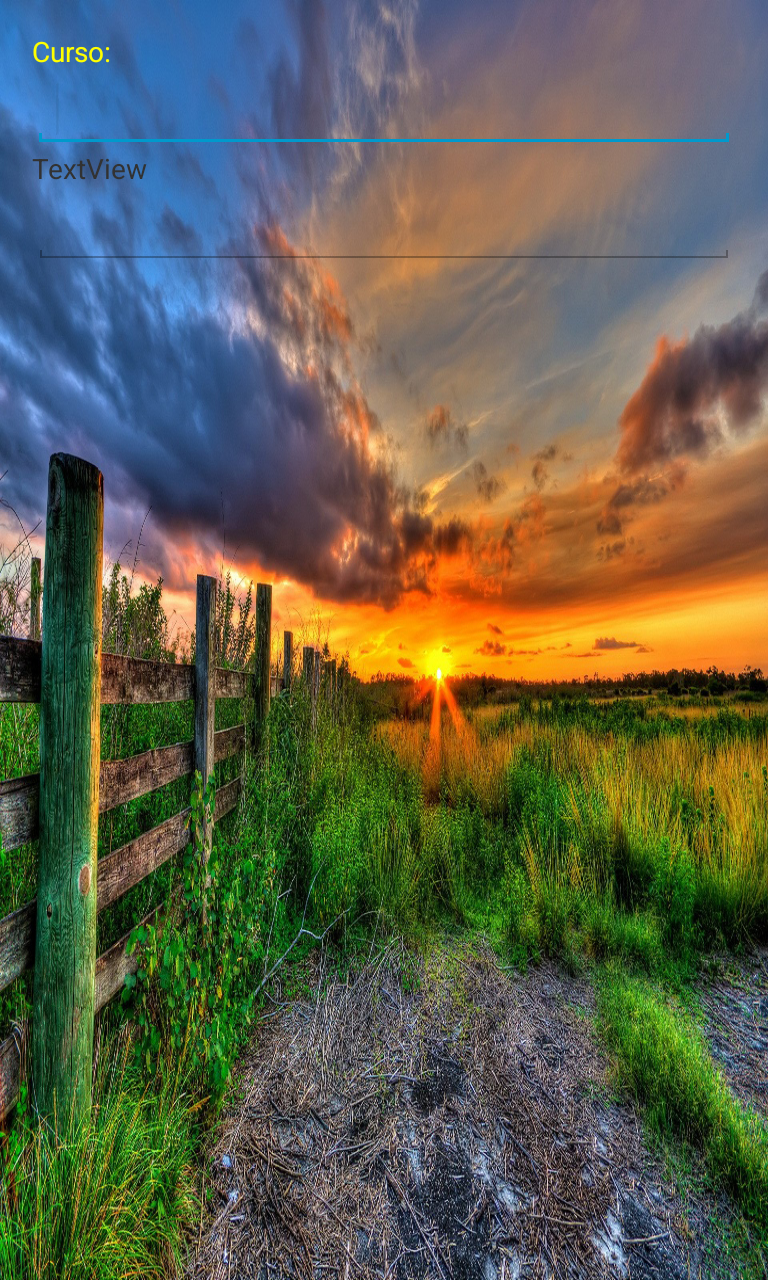
Repository: sherildyasmin06/-reas-Geom-tricas
Layout: Operaciones/res/layout/activity_promedio.xml
The author's editor kept a copy of each file at every save. The layout is drawn from the files as they stood at one save, then again after the next save.
It is drawn on a 768 x 1280 px phone screen (xhdpi) without system bars, with theme AppTheme; the app's code is not run.

Above is the layout before, as saved 2017-10-18 03:10:02.

### Operaciones/res/layout/activity_promedio.xml
<RelativeLayout xmlns:android="http://schemas.android.com/apk/res/android"
    xmlns:tools="http://schemas.android.com/tools"
    android:layout_width="match_parent"
    android:layout_height="match_parent"
    android:background="@drawable/fondo04"
    android:paddingBottom="@dimen/activity_vertical_margin"
    android:paddingLeft="@dimen/activity_horizontal_margin"
    android:paddingRight="@dimen/activity_horizontal_margin"
    android:paddingTop="@dimen/activity_vertical_margin"
    tools:context=".Promedio" >

    <LinearLayout
        android:layout_width="match_parent"
        android:layout_height="match_parent"
        android:layout_alignParentTop="true"
        android:orientation="vertical" >

        <TextView
            android:id="@+id/textView1"
            android:layout_width="wrap_content"
            android:layout_height="wrap_content"
            android:text="Curso:"
            android:textColor="@color/coloresetiquetas01" />

        <EditText
            android:id="@+id/editText1"
            android:layout_width="match_parent"
            android:layout_height="wrap_content"
            android:ems="10"
            android:textColor="@color/colorcuadros01" >

            <requestFocus />
        </EditText>

        <TextView
            android:id="@+id/textView2"
            android:layout_width="wrap_content"
            android:layout_height="wrap_content"
            android:text="TextView" />

        <EditText
            android:id="@+id/editText2"
            android:layout_width="match_parent"
            android:layout_height="wrap_content"
            android:ems="10"
            android:inputType="number" />
    </LinearLayout>

</RelativeLayout>

### Operaciones/res/values/styles.xml
<resources>

    <!--
        Base application theme, dependent on API level. This theme is replaced
        by AppBaseTheme from res/values-vXX/styles.xml on newer devices.
    -->
    <style name="AppBaseTheme" parent="android:Theme.Light">
        <!--
            Theme customizations available in newer API levels can go in
            res/values-vXX/styles.xml, while customizations related to
            backward-compatibility can go here.
        -->
    </style>

    <!-- Application theme. -->
    <style name="AppTheme" parent="AppBaseTheme">
        <!-- All customizations that are NOT specific to a particular API-level can go here. -->
    </style>
    <color name="coloresetiquetas01">#ffff00</color>
    <color name="colorcuadros01">#ffffff</color>
    <color name="coloresetiquetas02">#ffffff</color>
    <color name="colorcuadros02">#ffffff</color>

</resources>

### Operaciones/res/values/dimens.xml
<resources>

    <!-- Default screen margins, per the Android Design guidelines. -->
    <dimen name="activity_horizontal_margin">16dp</dimen>
    <dimen name="activity_vertical_margin">16dp</dimen>
    <dimen name="margensuperiorimagen01">5dp</dimen>
    <dimen name="tamanoetiquetas01">20sp</dimen>
    <dimen name="tamanocuadros01">20sp</dimen>
    <dimen name="tamanoetiquetas02">14sp</dimen>
    <dimen name="tamanocuadros02">14sp</dimen>

</resources>

### Operaciones/res/values/strings.xml
<?xml version="1.0" encoding="utf-8"?>
<resources>

    <string name="app_name">PRINCIPAL</string>
    <string name="action_settings">Settings</string>
    <string name="title_activity_factorial">Factorial de un Numero</string>
    <string name="hello_world">Hello world!</string>
    <string name="nfactorial">INGRESE NUMERO</string>
    <string name="nresultado">EL FACTORIAL ES:</string>
    <string name="bnuevo">NUEVO</string>
    <string name="bcalcular">CALCULAR</string>
    <string name="bsalir">SALIR</string>
    <string name="title_activity_trapecio">Area Del Trapecio</string>
    <string name="bmenor">BASE MENOR:</string>
    <string name="bmayor">BASE MAYOR:</string>
    <string name="baltura">ALTURA:</string>
    <string name="bareatrap">EL AREA ES:</string>
    <string name="title_activity_promedio">Promedio De Notas</string>
    <string name="pcurso">CURSO:</string>
    <string name="tnota1">NOTA 1:</string>
    <string name="tnota2">NOTA 2:</string>
    <string name="tnota3">NOTA 3:</string>
    <string name="tpromedio">"PROMEDIO: "</string>
    <string name="tobservacion">OBSERVACION:</string>

</resources>

Loaded but not shown: Operaciones/res/values-v11/styles.xml (common file); Operaciones/res/values-v14/styles.xml (common file)

After the next save:
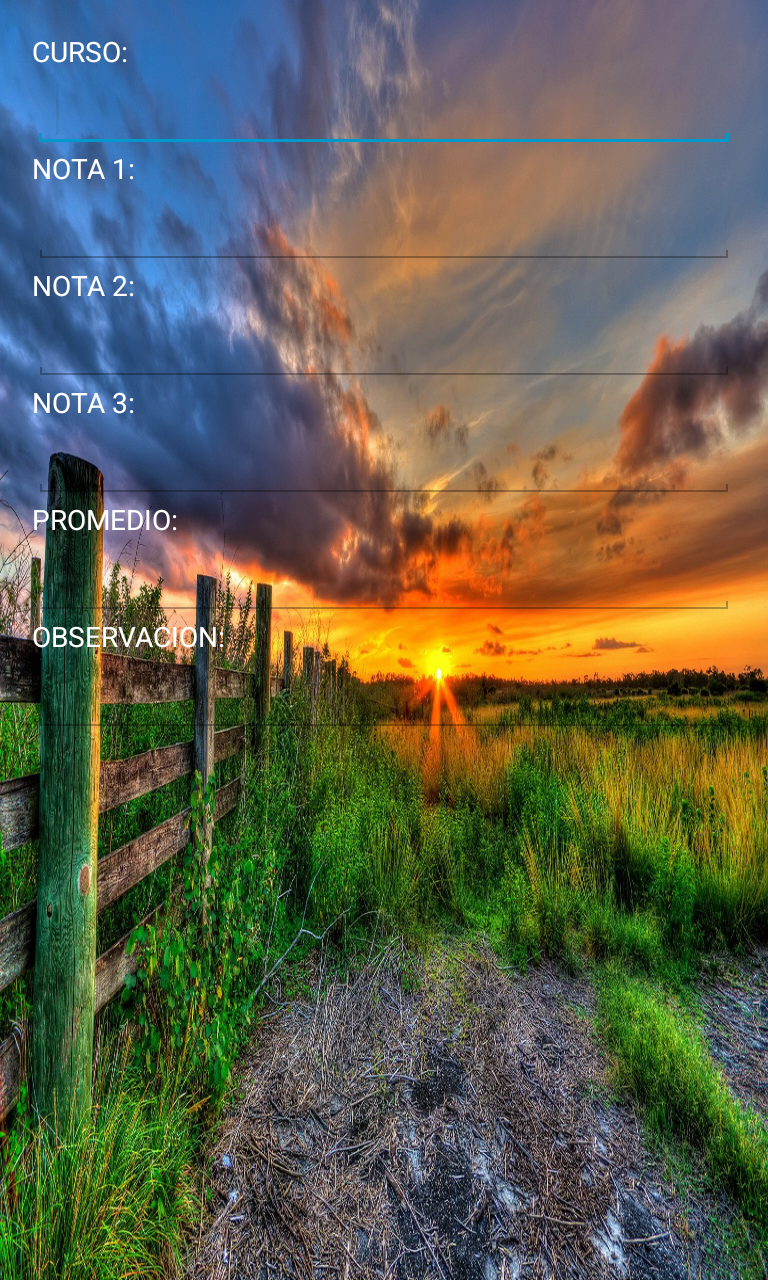
Saved 27 s later.
--- a/Operaciones/res/layout/activity_promedio.xml
+++ b/Operaciones/res/layout/activity_promedio.xml
@@ -11,7 +11,7 @@
 
     <LinearLayout
         android:layout_width="match_parent"
-        android:layout_height="match_parent"
+        android:layout_height="wrap_content"
         android:layout_alignParentTop="true"
         android:orientation="vertical" >
 
@@ -19,15 +19,15 @@
             android:id="@+id/textView1"
             android:layout_width="wrap_content"
             android:layout_height="wrap_content"
-            android:text="Curso:"
-            android:textColor="@color/coloresetiquetas01" />
+            android:text="@string/pcurso"
+            android:textColor="@color/coloresetiquetas02" />
 
         <EditText
             android:id="@+id/editText1"
             android:layout_width="match_parent"
             android:layout_height="wrap_content"
             android:ems="10"
-            android:textColor="@color/colorcuadros01" >
+            android:textColor="@color/colorcuadros02" >
 
             <requestFocus />
         </EditText>
@@ -36,14 +36,76 @@
             android:id="@+id/textView2"
             android:layout_width="wrap_content"
             android:layout_height="wrap_content"
-            android:text="TextView" />
+            android:text="@string/tnota1"
+            android:textColor="@color/coloresetiquetas02" />
 
         <EditText
             android:id="@+id/editText2"
             android:layout_width="match_parent"
             android:layout_height="wrap_content"
             android:ems="10"
-            android:inputType="number" />
+            android:inputType="numberDecimal"
+            android:textColor="@color/colorcuadros02" />
+
+        <TextView
+            android:id="@+id/textView3"
+            android:layout_width="wrap_content"
+            android:layout_height="wrap_content"
+            android:text="@string/tnota2"
+            android:textColor="@color/colorcuadros02" />
+
+        <EditText
+            android:id="@+id/editText3"
+            android:layout_width="match_parent"
+            android:layout_height="wrap_content"
+            android:ems="10"
+            android:inputType="numberDecimal"
+            android:textColor="@color/colorcuadros02" />
+
+        <TextView
+            android:id="@+id/textView4"
+            android:layout_width="wrap_content"
+            android:layout_height="wrap_content"
+            android:text="@string/tnota3"
+            android:textColor="@color/coloresetiquetas02" />
+
+        <EditText
+            android:id="@+id/editText4"
+            android:layout_width="match_parent"
+            android:layout_height="wrap_content"
+            android:ems="10"
+            android:inputType="numberDecimal"
+            android:textColor="@color/colorcuadros02" />
+
+        <TextView
+            android:id="@+id/textView5"
+            android:layout_width="wrap_content"
+            android:layout_height="wrap_content"
+            android:text="@string/tpromedio"
+            android:textColor="@color/coloresetiquetas02" />
+
+        <EditText
+            android:id="@+id/editText5"
+            android:layout_width="match_parent"
+            android:layout_height="wrap_content"
+            android:ems="10"
+            android:inputType="numberDecimal"
+            android:textColor="@color/colorcuadros02" />
+
+        <TextView
+            android:id="@+id/textView6"
+            android:layout_width="wrap_content"
+            android:layout_height="wrap_content"
+            android:text="@string/tobservacion"
+            android:textColor="@color/coloresetiquetas02" />
+
+        <EditText
+            android:id="@+id/editText6"
+            android:layout_width="match_parent"
+            android:layout_height="wrap_content"
+            android:ems="10"
+            android:textColor="@color/colorcuadros02" />
+
     </LinearLayout>
 
 </RelativeLayout>
